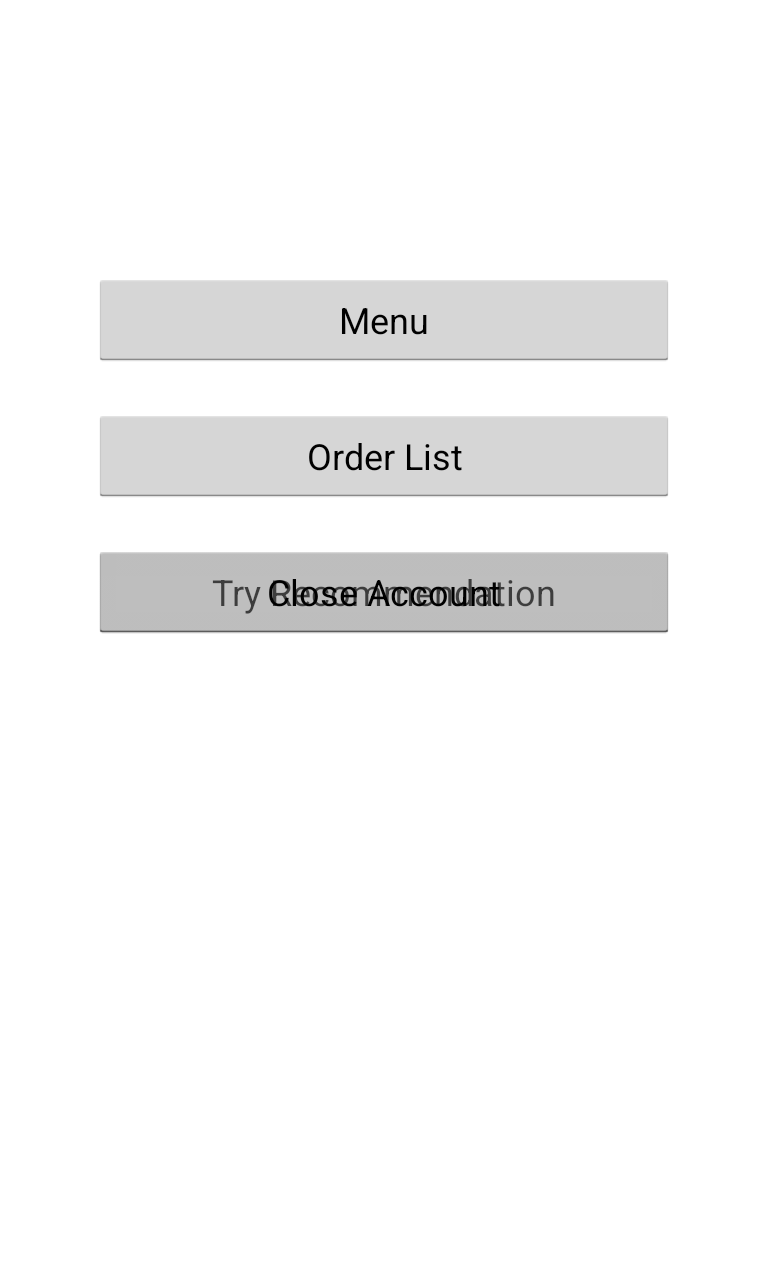
Repository: erenerdogan/ERMS
Layout: ERMSMobile/ERMS/res/layout/activity_main.xml
The author's editor kept a copy of each file at every save. The layout is drawn from the files as they stood at one save, then again after the next save.
It is drawn on a 768 x 1280 px phone screen (xhdpi) without system bars, with theme AppTheme; the app's code is not run.

Above is the layout before, as saved 2013-12-21 23:48:07.

After the next save:
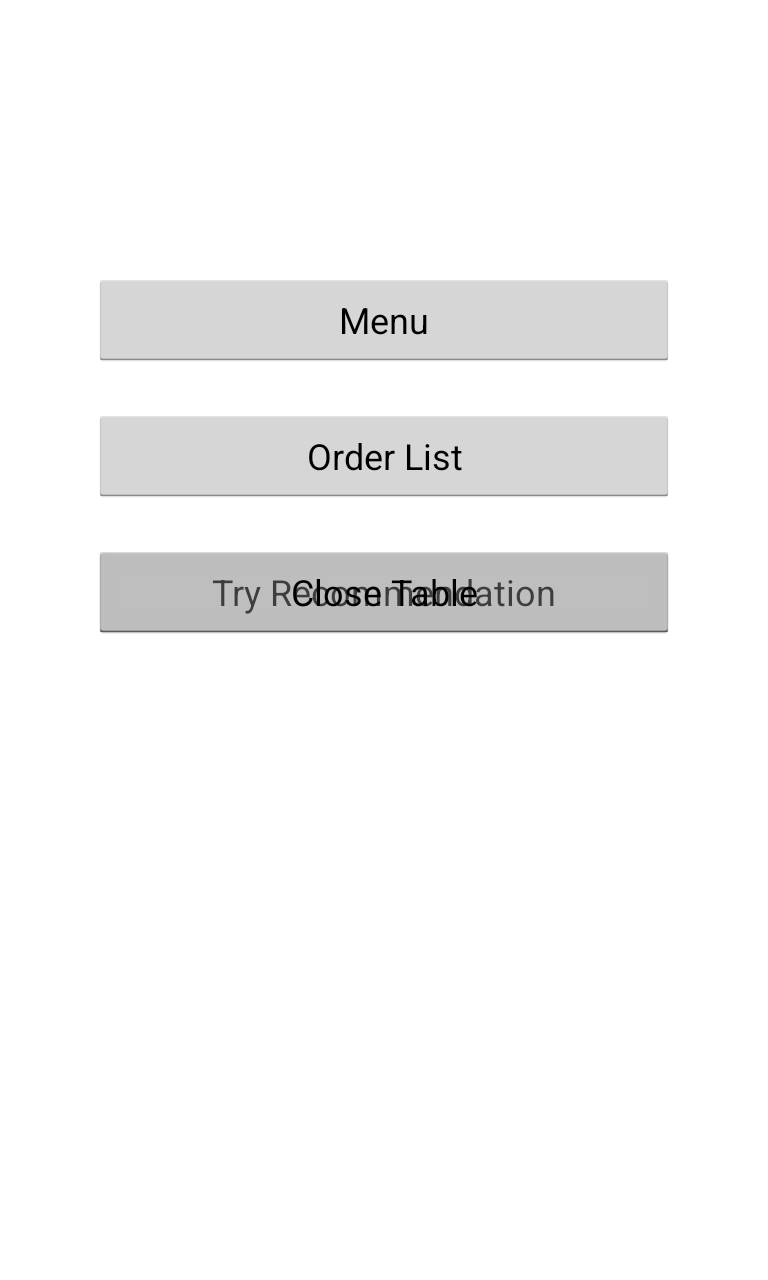
Saved 6 s later.
--- a/ERMSMobile/ERMS/res/layout/activity_main.xml
+++ b/ERMSMobile/ERMS/res/layout/activity_main.xml
@@ -47,6 +47,6 @@
         android:layout_marginTop="20dp"
         android:layout_marginLeft="30dp"
         android:layout_marginRight="30dp"
-        android:text="Close Account" />
+        android:text="Close Table" />
 
 </RelativeLayout>
